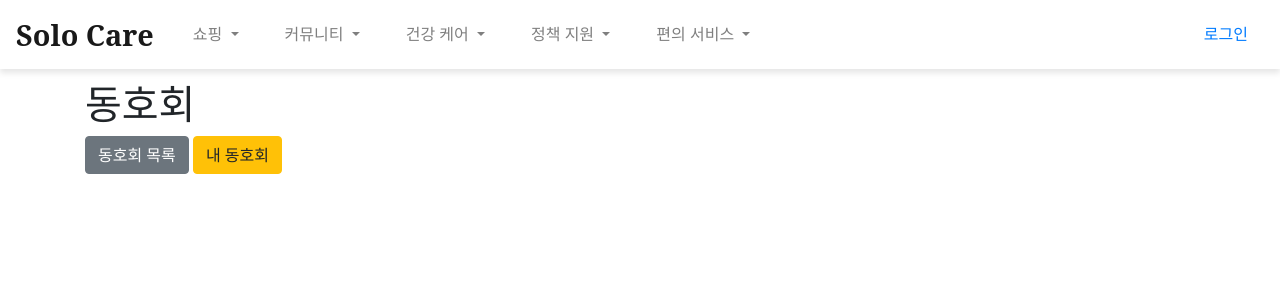
Repository: HB1112/cloud
Page: http://localhost/Solocare/WEB-INF/views/club/clubBoard.jsp
The author's editor kept a copy of each file at every save. The page is drawn from the files as they stood at one save, then again after the next save.
The browser window is 1280 px wide. The pictures show the whole page.
The page is served by Tomcat 9. Nobody is signed in. The template is opened directly, without the code that normally fills it, so the values that code supplies are empty.

Above is the page before, as saved 2024-12-17 05:55:57.

After the next save:
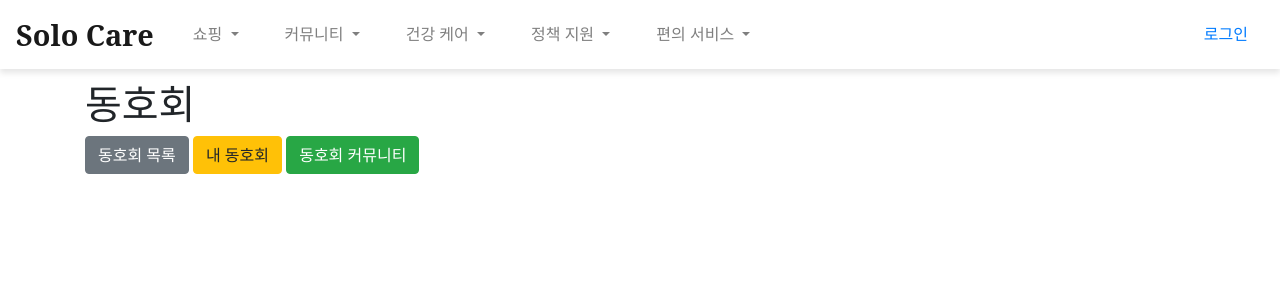
Saved 28 min 30 s later.
--- a/Solocare/src/main/webapp/WEB-INF/views/club/clubBoard.jsp
+++ b/Solocare/src/main/webapp/WEB-INF/views/club/clubBoard.jsp
@@ -30,6 +30,10 @@
 			    <input type="hidden" name="id" value="${mem.id}"> <!-- 세션에서 가져온 멤버 ID로 설정 -->
 			    <button type="submit" class="btn btn-warning">내 동호회</button>
 			</form>
+			<form action="community" method="post" style="display: inline;">
+			    <input type="hidden" name="id" value="${mem.id}"> <!-- 세션에서 가져온 멤버 ID로 설정 -->
+			    <button type="submit" class="btn btn-success">동호회 커뮤니티</button> <!-- 세션 ID를 포함한 버튼 -->
+			</form>
 		</nav>
 	</div>
 </body>
